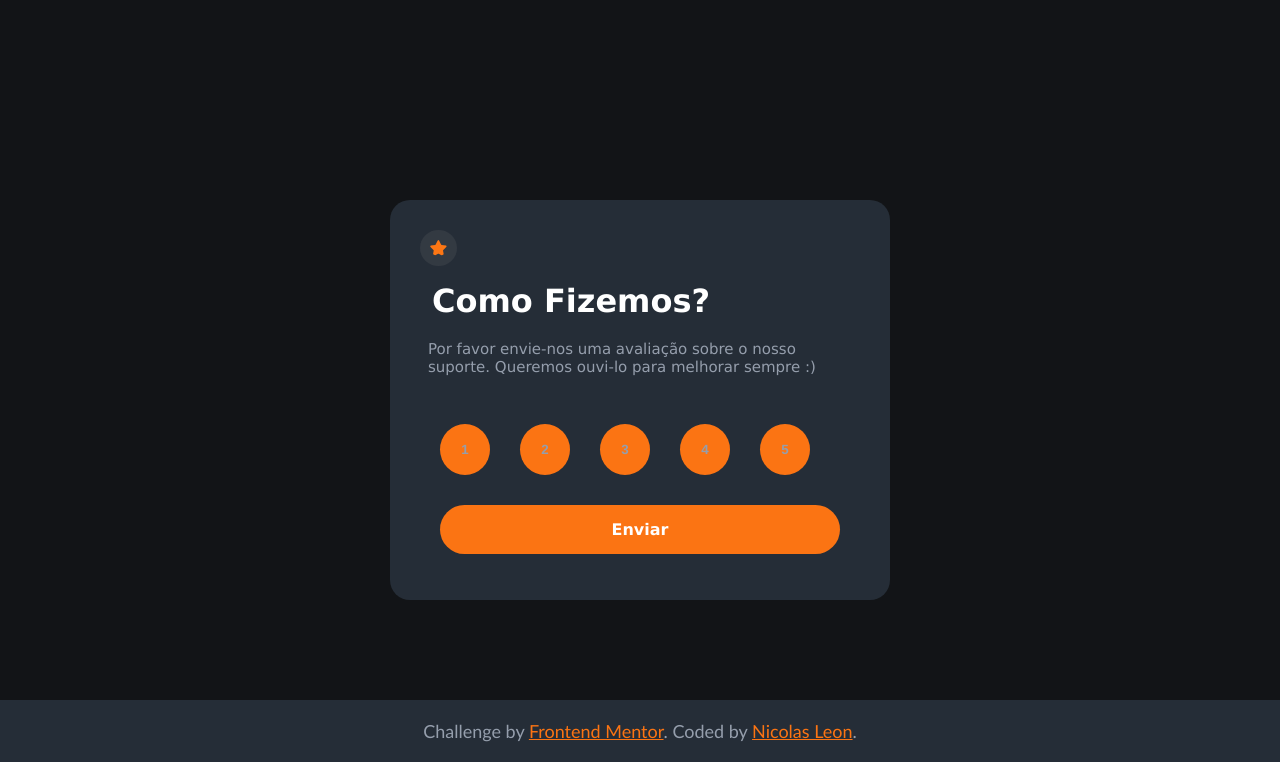
Repository: Leonngc/projeto-avaliacao
Page: index.html
These files come from the project's save history. The page is drawn as it stood at one moment and after a run of saves; the edit follows.
The browser window is 1280 px wide. The pictures show the whole page.

Above is the page before, as saved 2023-01-30 01:40:41.

After the next 3 saves:
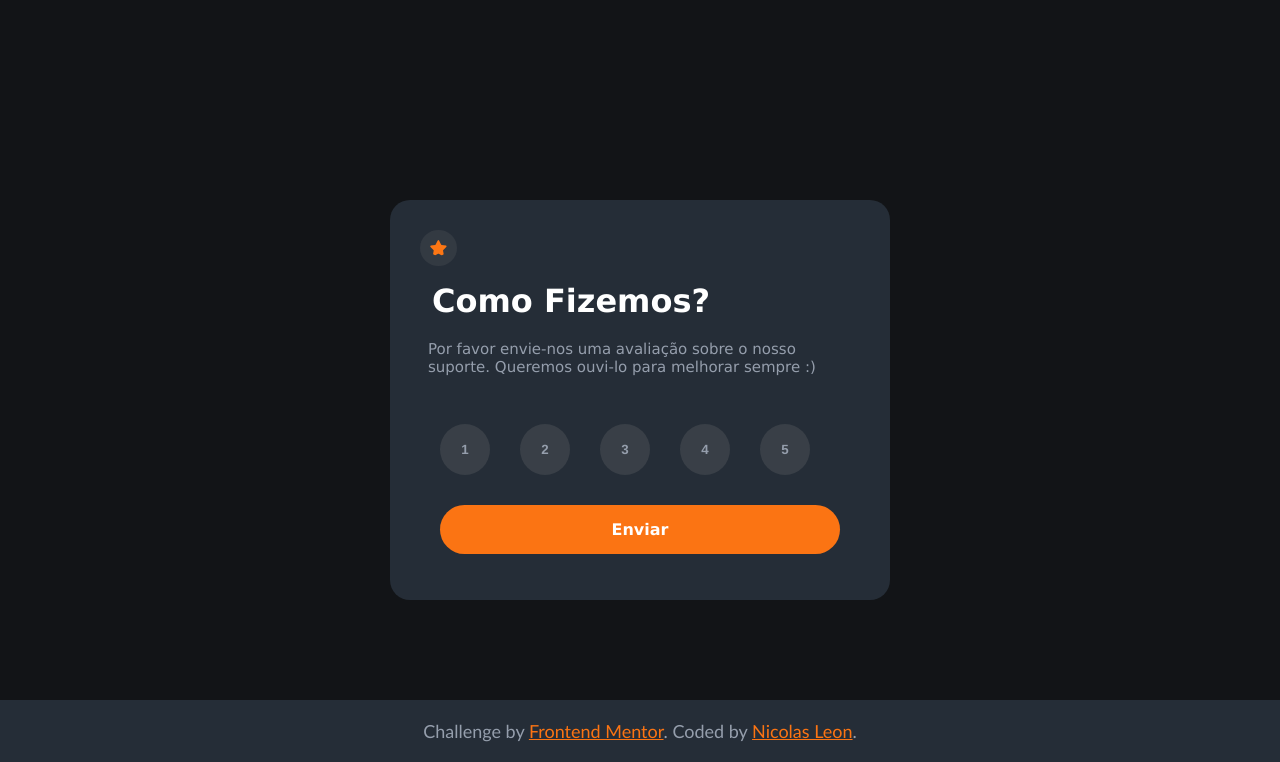
The 3 saves are shown as one change because they came seconds apart.
The last was saved 8 s later.
--- a/styles/style.css
+++ b/styles/style.css
@@ -74,7 +74,7 @@
   color: white;
 }
 
-.rate-btn{
+.rate-btn:enabled{
   background-color: hsl(25, 97%, 53%);
 }
 

After the 3 saves that followed:
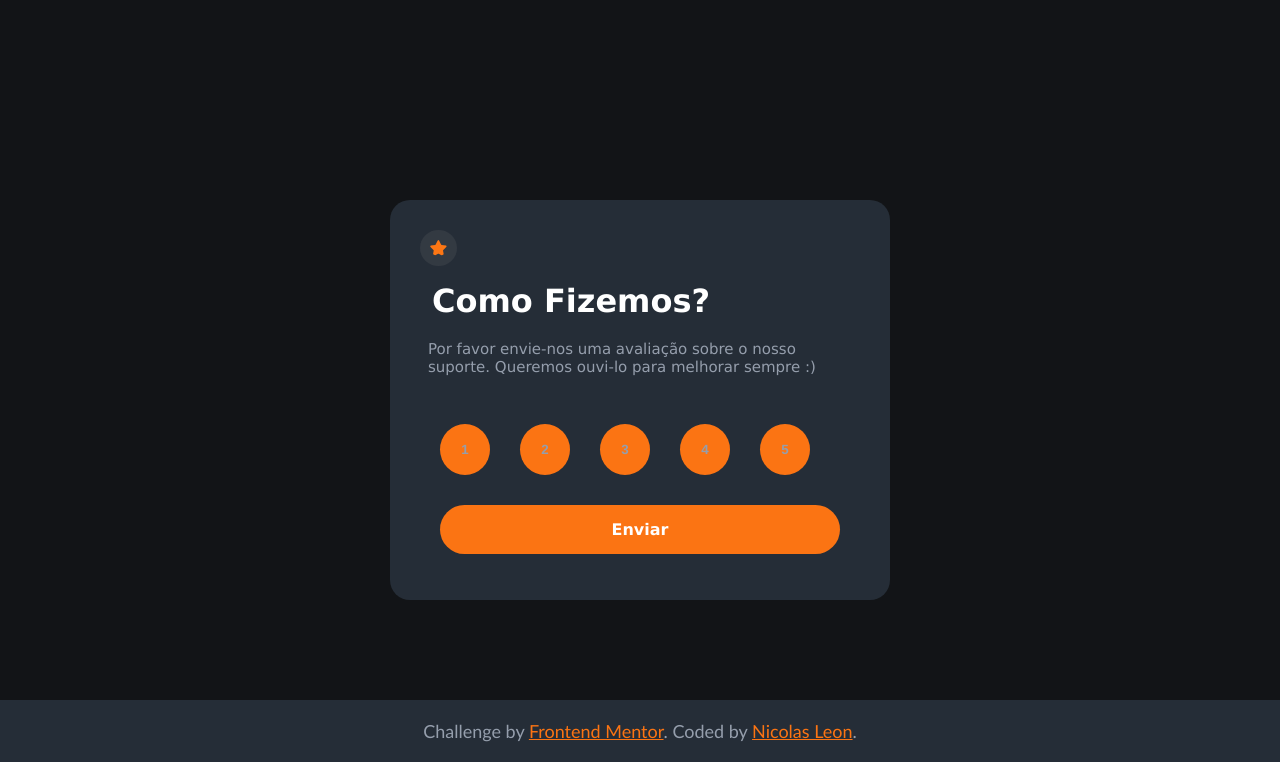
The 3 saves are shown as one change because they came seconds apart.
The last was saved 14 s later.
--- a/styles/style.css
+++ b/styles/style.css
@@ -74,7 +74,7 @@
   color: white;
 }
 
-.rate-btn:enabled{
+.rate-btn:disabled{
   background-color: hsl(25, 97%, 53%);
 }
 
